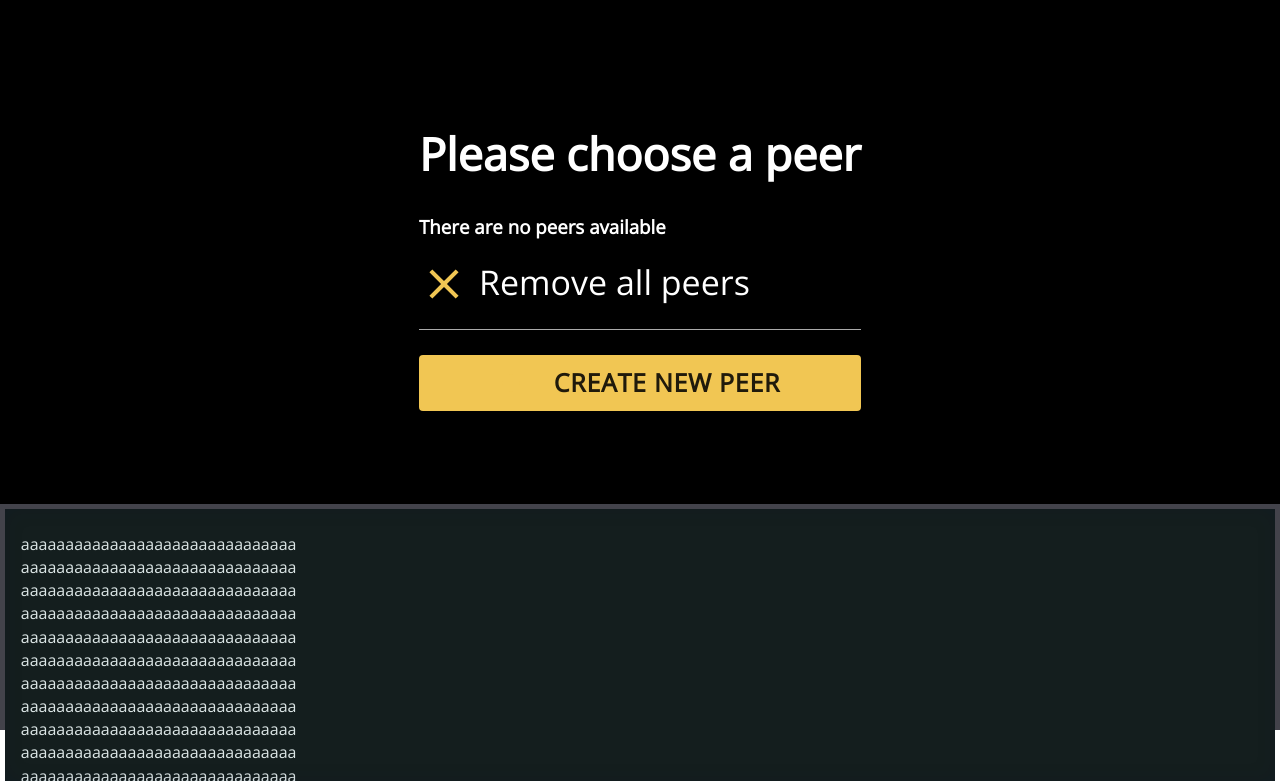
Repository: Bachdz/ASAP-Gui-Frontend
Page: /login
The author's editor kept a copy of each file at every save. The page is drawn from the files as they stood at one save, then again after the next save.
The browser window is 1280 px wide. The pictures show the whole page.
The page's requests for data from a server got no answer. The project was rebuilt for these pictures with package versions that can differ from the ones it lists, and the page was loaded fresh each time. No one was signed in, and anything a server would have sent is missing. Also part of the build but not shown: src/css/loginscreen/Peer.css, src/components/fragments/Footer.js, src/components/mainscreen/subcomponents/Apps.js, src/css/mainscreen/Main.css, src/components/mainscreen/Main.js.

Above is the page before, as saved 2020-12-16 19:52:00.

### src/App.js
import React from 'react';



import { ReactComponent as Arrow } from './arrow.svg';
import Login from './components/loginscreen/Login';
import Main from './components/mainscreen/Main';
import { Link } from 'react-router-dom';
import Logo from './components/fragments/Footer';


import { BrowserRouter as Router, Route } from 'react-router-dom'

import './App.css';

function App() {
  return (
      <Router>
        <Route exact path="/" render={props => (
          <React.Fragment>
        <div className="container">

            <div className="content">
              <div id="box">
                <h1>Welcome to ASAP engine</h1>
                <Link to="/login"><Arrow id="next" /></Link>
              </div>
            </div>
          <Logo />
        </div>


          </React.Fragment>
        )} />
        <Route path="/login" component={Login} />
        <Route path="/main/user" component={Main} />

      </Router>
  );
}



export default App;

### src/components/loginscreen/Login.js
import React, { Component } from 'react';
import Peer from './subcomponents/Peer';
import CreateUser from './subcomponents/CreateUser';
import CloseIcon from '@material-ui/icons/Close';
import Alert from '@material-ui/lab/Alert';
import Snackbar from '@material-ui/core/Snackbar';
import Logo from '../fragments/Footer';
import Terminal from '../fragments/Terminal';



import '../../css/loginscreen/Login.css';
import axios from 'axios';



class Login extends Component {
    state = {
        peers: [],
        alertopen: false,
        alertmsg: '',
        alerttype: ''
    }

    componentDidMount() {
        axios.get('http://localhost:8080/api/v1/asap/peers')
            .then(res => this.setState({ peers: res.data }))
    }

    //create User
    addUser = (userName) => {
        let url = 'http://localhost:8080/api/v1/asap/peer?name=' + userName;
        axios.post(url)
            .then(res => this.setState({ peers: [...this.state.peers, res.data] }))
    }

    //remove all users
    removeAllUser = () => {
        axios.delete('http://localhost:8080/api/v1/asap/peers')
            .then(res => {
                if (res.data === false) {
                    this.setState({ alertopen: !this.state.alertopen, alertmsg: "Couldn't delete peers", alerttype: "error" });

                } else if (res.data === true) {
                    this.setState({ alertopen: !this.state.alertopen, alertmsg: "Deleted successfully ", alerttype: "success" });
                    axios.get('http://localhost:8080/api/v1/asap/peers')
                        .then(res => this.setState({ peers: res.data }))
                }



            }


            )


    }

    handleClose = (event, reason) => {
        this.setState({ alertopen: !this.state.alertopen });
    }


    render() {
        const { alertopen, alertmsg, alerttype } = this.state;
        return (
            <div>

                <div className="background-container">
                    <div className="content">
                        <div className="login-container">
                            <Snackbar anchorOrigin={{ vertical: 'top', horizontal: 'center' }} open={alertopen} autoHideDuration={2000} onClose={this.handleClose}>
                                <Alert onClose={this.handleClose} severity={alerttype}>
                                    {alertmsg}
                                </Alert>
                            </Snackbar>
                            <h1>Please choose a peer</h1>
                            <Peer peers={this.state.peers} />

                            <div id="remove-peer">
                                <CloseIcon id="remove" onClick={this.removeAllUser} /> Remove all peers
            </div>
                            <CreateUser addUser={this.addUser} />

                        </div>
                    </div>

                </div>
                <Terminal />

            </div>

        );
    }
}


export default Login;

### src/App.css
@import url('https://fonts.googleapis.com/css?family=Open+Sans');
body {
  font-family: "Open Sans", sans-serif;

}

#box {
  text-align: center;
}

.content {
  min-height: 70vh;
  display: flex;
  align-items: center;
}

.container {
  display: flex;
  align-items: center;
  justify-content: center;
  flex-direction: column;
  background-color: #000000;
  color: #ffffff;
  height: 100vh;
  margin:0;
}

footer {
 margin-top:auto;
 width: 100vw;
}



#next {
  cursor: "pointer";
  transition: transform 330ms ease-in-out;

}
#next:hover {
  cursor: pointer;
  -ms-transform: scale(1.2); /* IE 9 */
  -webkit-transform: scale(1.2); /* Safari 3-8 */
  transform: scale(1.2);
}
h1 {
  font-size: 45px;
  text-align: center;
  animation: fadein 3s;
  -moz-animation: fadein 3s; /* Firefox */
  -webkit-animation: fadein 3s; /* Safari and Chrome */
  -o-animation: fadein 3s; /* Opera */
}
@keyframes fadein {
  from {
      opacity:0;
  }
  to {
      opacity:1;
  }
}
@-moz-keyframes fadein { /* Firefox */
  from {
      opacity:0;
  }
  to {
      opacity:1;
  }
}
@-webkit-keyframes fadein { /* Safari and Chrome */
  from {
      opacity:0;
  }
  to {
      opacity:1;
  }
}
@-o-keyframes fadein { /* Opera */
  from {
      opacity:0;
  }
  to {
      opacity: 1;
  }
}

### src/components/loginscreen/subcomponents/Peer.js
import React from 'react';
import '../../../css/loginscreen/Peer.css';
import AccountCircleIcon from '@material-ui/icons/AccountCircle';
import ArrowForwardIcon from '@material-ui/icons/ArrowForward';
// import { Redirect } from 'react-router-dom';
import { Link } from 'react-router-dom';

function Peer (props) {

        if (props.peers.length > 0) {
            return (
                props.peers.map((peer) => (
                    <div className="peer-container">
                        <AccountCircleIcon id="icon" />
                        {peer.name}
                        <Link to={{
                            pathname: '/main/user',
                            state: {
                                peer: peer.name
                            }
                        }}>
                            <ArrowForwardIcon id="forward" />
                        </Link>
                    </div>

                ))

            );


        } else {
            return (
                <h3>There are no peers available</h3>
            )
        }
    }





export default Peer;

### src/components/loginscreen/subcomponents/CreateUser.js
import React, {Component} from 'react';
import Button from '@material-ui/core/Button';
import AddIcon from '@material-ui/icons/Add';
import TextField from '@material-ui/core/TextField';
import Dialog from '@material-ui/core/Dialog';
import DialogActions from '@material-ui/core/DialogActions';
import DialogContent from '@material-ui/core/DialogContent';
import '../../../css/loginscreen/CreateUser.css';
import DialogContentText from '@material-ui/core/DialogContentText';

export class CreateUser extends Component {
    state = {
        open: false,
        error: false,
        username: ''
    }

    handleClickOpen = () => {
        this.setState({
            open: !this.state.open
        })
      };

    handleClose = (e) => {
        this.setState({
            open: !this.state.open
        })
    };

    onChange = (e) => this.setState({ [e.target.name]: e.target.value })

    onSubmit = (e) => {
        if (this.state.username !== '') {
            this.props.addUser(this.state.username);
            this.setState({username : ''});
            this.handleClose();
        } else {
            this.setState({error: true});
        }
    }

    render() {
    const { open,error } = this.state

    return (
        <div>

            <Button startIcon={<AddIcon id="addIcon" />} id="addButton" onClick={this.handleClickOpen}>Create new peer</Button>

            <Dialog open={open} onClose={this.handleClose} aria-labelledby="form-dialog-title">
                <DialogContent id="dialog">
                    <DialogContentText id="dialog-text">
                        Please enter your name
          </DialogContentText>
                    <TextField
                       error={this.state.error}
                     required
                        autoFocus
                        margin="dense"
                        name="username"
                        type="string"
                        label="Username"
                        helperText={error ===true  ? "username is required" : ""}
                        onChange={this.onChange}
                        fullWidth
                    />
                </DialogContent>
                <DialogActions id="dialog-action">
                    <Button onClick={this.onSubmit} id="button" color="primary">
                        Done
          </Button>
                </DialogActions>
            </Dialog>
        </div>
    );
}
}
export default CreateUser ;

### src/components/fragments/Terminal.js
import React from 'react'
import '../../css/Terminal.css';



export default function Terminal() {
    return (
        <div className="console">
            <pre className="i-has-teh-code">
                <p>aaaaaaaaaaaaaaaaaaaaaaaaaaaaaaa</p>
                <p>aaaaaaaaaaaaaaaaaaaaaaaaaaaaaaa</p>
                <p>aaaaaaaaaaaaaaaaaaaaaaaaaaaaaaa</p>
                <p>aaaaaaaaaaaaaaaaaaaaaaaaaaaaaaa</p>
                <p>aaaaaaaaaaaaaaaaaaaaaaaaaaaaaaa</p>
                <p>aaaaaaaaaaaaaaaaaaaaaaaaaaaaaaa</p>
                <p>aaaaaaaaaaaaaaaaaaaaaaaaaaaaaaa</p>
                <p>aaaaaaaaaaaaaaaaaaaaaaaaaaaaaaa</p>
                <p>aaaaaaaaaaaaaaaaaaaaaaaaaaaaaaa</p>
                <p>aaaaaaaaaaaaaaaaaaaaaaaaaaaaaaa</p>
                <p>aaaaaaaaaaaaaaaaaaaaaaaaaaaaaaa</p>
                <p>aaaaaaaaaaaaaaaaaaaaaaaaaaaaaaa</p>
                <p>aaaaaaaaaaaaaaaaaaaaaaaaaaaaaaa</p>

            </pre>
        </div>
    )
}

### src/css/loginscreen/Login.css
@import url('https://fonts.googleapis.com/css?family=Open+Sans');




.content {
    display: flex;
    align-items: center;
    justify-content: center;
    flex-direction: column;
    background-color: #000000;
    color: #ffffff;
    margin:0;
  }

footer {
   margin-top:auto;
   width: 100vw;
  }




#remove {
    cursor: pointer;
    color: #F1C653;
    float: left;
    font-size: 50px;
    margin-right: 10px;
}

#remove:hover {
    cursor: pointer;
    -ms-transform: scale(1.2); /* IE 9 */
    -webkit-transform: scale(1.2); /* Safari 3-8 */
    transform: scale(1.2);
  }

#remove-peer {
    width: 100%;
    border-bottom: 1px solid #aaa;
    padding-bottom:20px;
    margin-top: 20px;
    display: flex;
    font-size: 34px;
    animation: fadein 3.5s;
    -moz-animation: fadein 3.5s; /* Firefox */
    -webkit-animation: fadein 3.5s; /* Safari and Chrome */
    -o-animation: fadein 3.5s; /* Opera */
}

### src/css/loginscreen/CreateUser.css
@import url('https://fonts.googleapis.com/css?family=Open+Sans');
* {
    font-family:"Open Sans", sans-serif ;
}
#addButton{
    z-index: 99;
    margin-top:25px;
    background-color: #F1C653;
    width: 100%;
    font-size:25px;
    font-weight: bolder;
}

#addIcon {
    font-size: 26px;
}
#dialog {

}
#dialog-text {
    font-family:"Open Sans", sans-serif ;
    color: #000000;

    text-align: center;
}
#button {
    background-color: #F1C653;
    color: #000000;
    width: 50%;
    font-size:15px;
    font-weight: bolder;
}

### src/css/Terminal.css
@charset "UTF-8";
@-webkit-keyframes waiting {
    0% {
        opacity: 0;
    }
    35%,
    75% {
        opacity: 1;
    }
    100% {
        opacity: 0;
    }
}

@keyframes waiting {
    0% {
        opacity: 0;
    }
    35%,
    75% {
        opacity: 1;
    }
    100% {
        opacity: 0;
    }
}

@-webkit-keyframes joltBG {
    0% {
        opacity: 0.3;
    }
    22%,
    26% {
        opacity: 0.2;
    }
    27%,
    45% {
        opacity: 0.4;
    }
    46%,
    76% {
        opacity: 0.5;
    }
    76%,
    78% {
        opacity: 0.05;
    }
    78% {
        opacity: 0.3;
    }
    100% {
        opacity: 0.3;
    }
}

@keyframes joltBG {
    0% {
        opacity: 0.3;
    }
    22%,
    26% {
        opacity: 0.2;
    }
    27%,
    45% {
        opacity: 0.4;
    }
    46%,
    76% {
        opacity: 0.5;
    }
    76%,
    78% {
        opacity: 0.05;
    }
    78% {
        opacity: 0.3;
    }
    100% {
        opacity: 0.3;
    }
}

.i-has-teh-code {
    height: 100%;
    overflow-y: scroll;
    white-space: pre-wrap;
    background: #141e1e;
    color: #dce6e6;
    margin: 0 auto;
    font-family: Monaco, Consolas, "Lucida Console", monospace;
    padding: 1em 1em 2.5em 1em;
    line-height: 0.45;
    position: relative;

}

.i-has-teh-code::-moz-selection {
    color: #141e1e;
    background: #dce6e6;
}

.i-has-teh-code::selection {
    color: #141e1e;
    background: #dce6e6;
}

.i-has-teh-code:before {
    position: absolute;
    pointer-events: none;
    top: 0;
    right: 0;
    bottom: 0;
    left: 0;
    background-color: rgba(50, 50, 80, 0.6);
    content: '';
    z-index: 100;
    box-shadow: inset 0px 0px 20px 0px rgba(0, 0, 60, 0.3);
    background: url('data:[embedded picture, 484 characters]');
    -webkit-animation-name: joltBG;
    animation-name: joltBG;
    -webkit-animation-duration: 10000ms;
    animation-duration: 10000ms;
    -webkit-animation-iteration-count: infinite;
    animation-iteration-count: infinite;
    -webkit-animation-timing-function: linear;
    animation-timing-function: linear;
}

.i-has-teh-code:after {
    position: relative;
    pointer-events: none;
    bottom: 0em;
    left: 0em;
    content: '■';
    padding: 1em;
    -webkit-animation-name: waiting;
    animation-name: waiting;
    -webkit-animation-duration: 1200ms;
    animation-duration: 1200ms;
    -webkit-animation-iteration-count: infinite;
    animation-iteration-count: infinite;
    -webkit-animation-timing-function: ease-in-out;
    animation-timing-function: ease-in-out;
}

.console {
    height: 30vh;
    background: rgba(20, 20, 30, 0.8);
    padding: 0.3em;
}

### src/css/mainscreen/Apps.css

#addIcon, #removeIcon {
    float:right;
    color: #F1C653;
    font-size: 30px;
    margin-right:20px;
}
.title {
    display:flex;
    align-items: center;
}


.parentList {
    margin-left:10px;
}

.main-items {
    font-size: 30px;
}

#apps {
    padding-left:50px;
}

.input {
    font-style: italic;
    width: 100%;
    border:none;
    outline: none;
    border-bottom: 2px solid #808080;
    background: #000000;
    color: #ffffff;
    width: 70%;
    margin-left:45px;
    font-size:20px;
}

.add {
    width: 100%;
    display:flex;
    color: #F1C653;
}

#checkicon {
    float: right;
}

#checkicon-inactive {
    color: #808080;
}

Loaded but not shown: public/index.html (common file); src/index.js (common file); src/index.css (common file); src/reportWebVitals.js (common file)

After the next save:
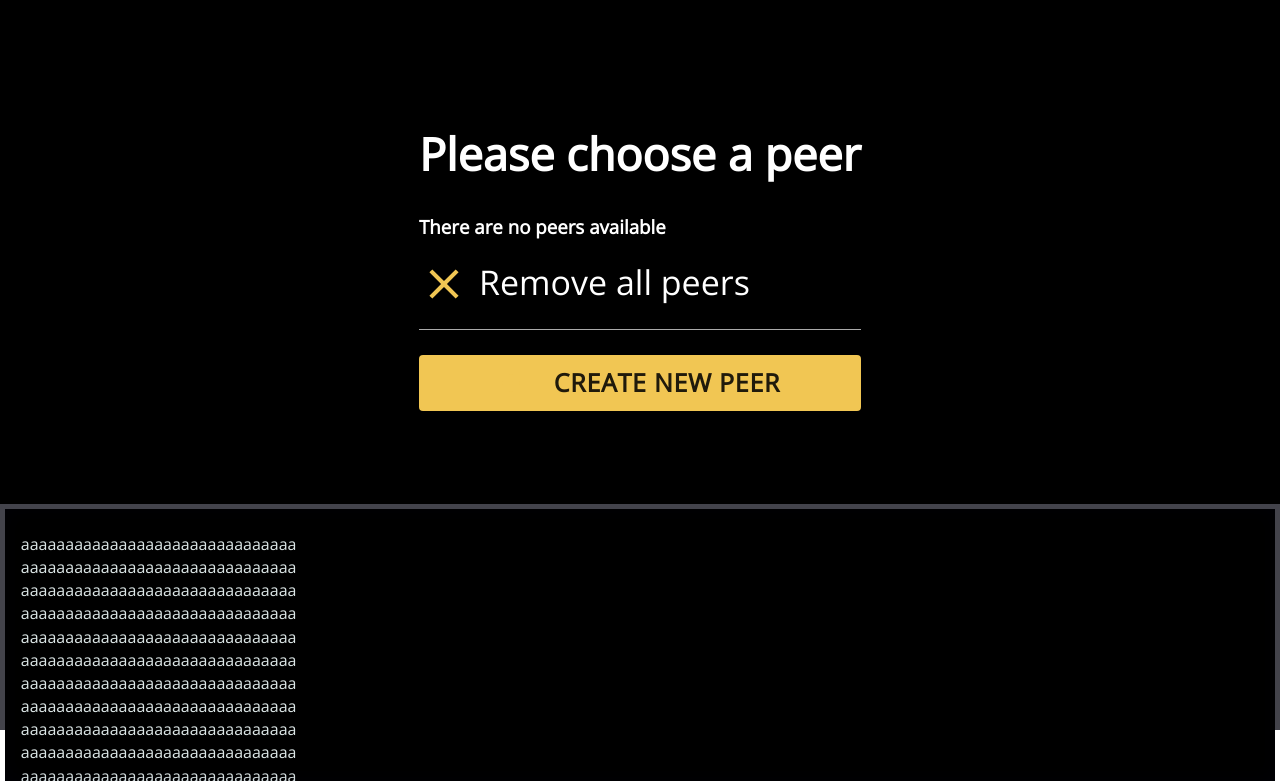
Saved 98 s later.
--- a/src/css/Terminal.css
+++ b/src/css/Terminal.css
@@ -85,7 +85,7 @@
     height: 100%;
     overflow-y: scroll;
     white-space: pre-wrap;
-    background: #141e1e;
+    background: #000000;
     color: #dce6e6;
     margin: 0 auto;
     font-family: Monaco, Consolas, "Lucida Console", monospace;

After the save that followed:
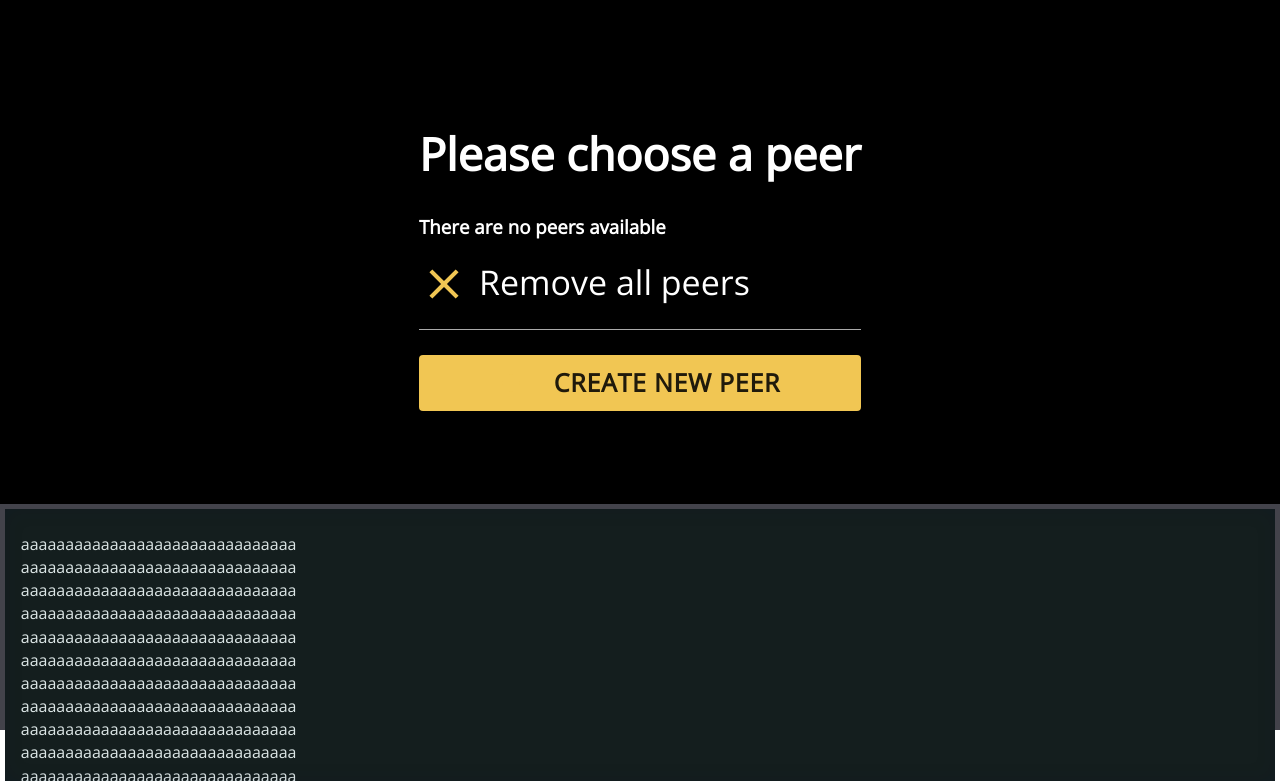
Saved 6 s later.
--- a/src/css/Terminal.css
+++ b/src/css/Terminal.css
@@ -85,7 +85,7 @@
     height: 100%;
     overflow-y: scroll;
     white-space: pre-wrap;
-    background: #000000;
+    background: #141e1e;
     color: #dce6e6;
     margin: 0 auto;
     font-family: Monaco, Consolas, "Lucida Console", monospace;
